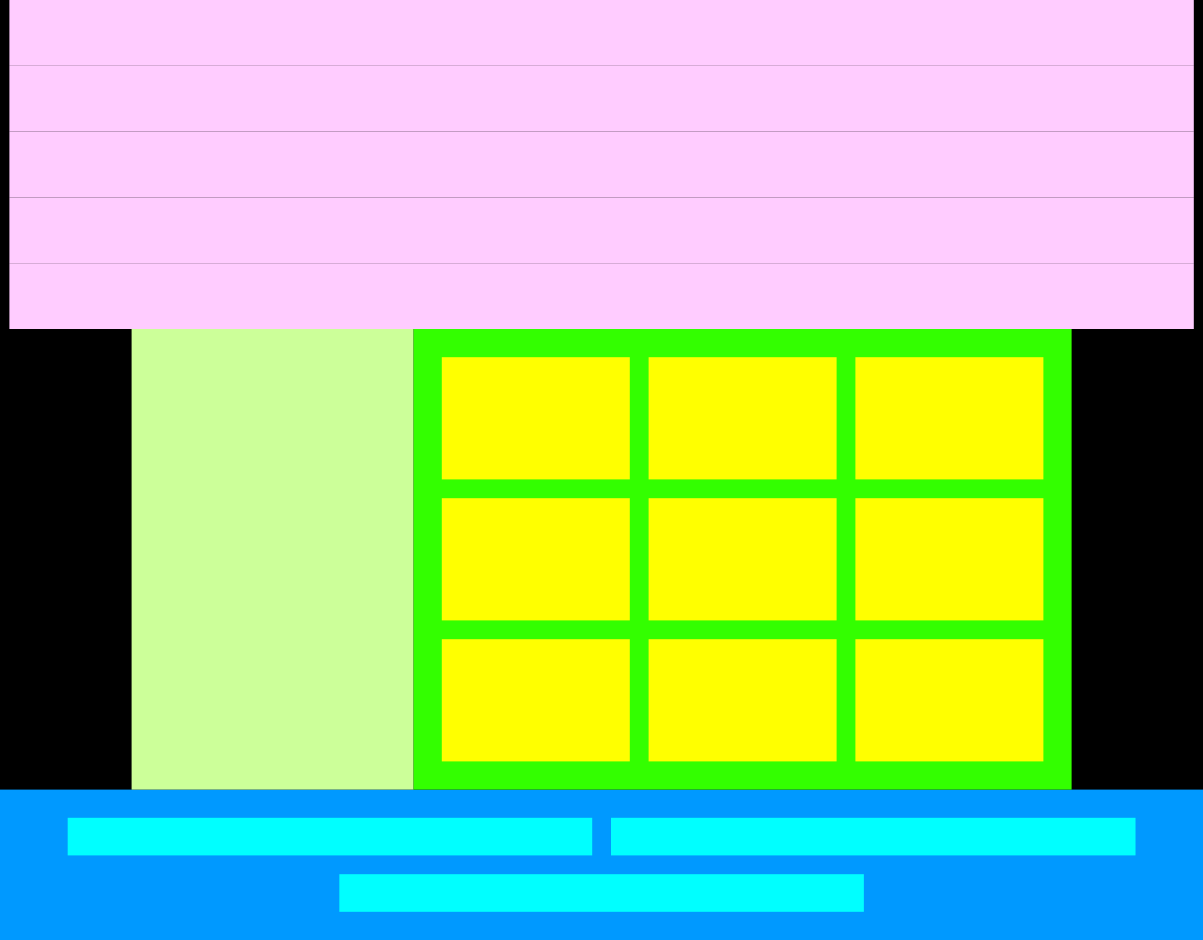
Repository: hayase-m/Webcamp
Page: HTMLCSS/flex/flex.html
The author's editor kept a record of every edit. The page is drawn from the files as they stood at one moment, then again after the next edit.
The browser window is 1280 px wide. The pictures show the whole page, at 94% of full size.

Above is the page before.

### HTMLCSS/flex/flex.html
<!DOCTYPE html>
<html lang="ja">
  <head>
    <meta charset="UTF-8" />
    <link rel="stylesheet" href="style.css" />
    <title>flexbox</title>
  </head>
  <body>
    <header>
      <div class="header-box"></div>
      <div class="header-box"></div>
      <div class="header-box"></div>
      <div class="header-box"></div>
      <div class="header-box"></div>
    </header>

    <main>
      <div class="left-bar"></div>

      <div class="right-bar">
        <div class="main-box"></div>
        <div class="main-box"></div>
        <div class="main-box"></div>
        <div class="main-box"></div>
        <div class="main-box"></div>
        <div class="main-box"></div>
        <div class="main-box"></div>
        <div class="main-box"></div>
        <div class="main-box"></div>
      </div>

    </main>

    <footer>
      <div class="footer-box"></div>
      <div class="footer-box"></div>
      <div class="footer-box"></div>
    </footer>
  </body>
</html>

### HTMLCSS/flex/style.css
* {
  margin: 0;
  padding: 0;
  box-sizing: border-box;
  background-color: black;
}

header {
  width: 100%;
}

.box-content {
  padding: 30px 20px;
  display: flex;
  justify-content: flex-end;
  background-color: #ff00cc;
}

.header-box {
  margin: 0 10px;
  flex-basis: 140px;
  height: 70px;
  background-color: #ffccff;
}

.box-content > :first-child {
  margin-right: auto;
}

 main {
   /*width: 1000px;*/
   /*height: 1000px;*/
   display: flex;
   justify-content: center;
 }

 .left-bar {
  width: 300px;
  background-color: #ccff99;
 }

 .right-bar {
   flex-grow: 1;
   max-width: 700px;
   padding: 20px;
   background-color: #3F0;
   display: flex;
   justify-content: center;
   flex-wrap: wrap;
 }

 .main-box {
  background-color: #FF0;
  margin: 10px;
  flex-basis: 200px;
  height: 130px;
 }

 footer {
   background-color: #09F;
   width: 100%;
   padding: 20px;
   display: flex;
   justify-content: center;
   flex-wrap: wrap;
 }

 .footer-box {
   background-color: #0FF;
   flex-basis: 45%;
   max-width: 600px;
   height: 40px;
   margin: 10px;
 }

After the next edit:
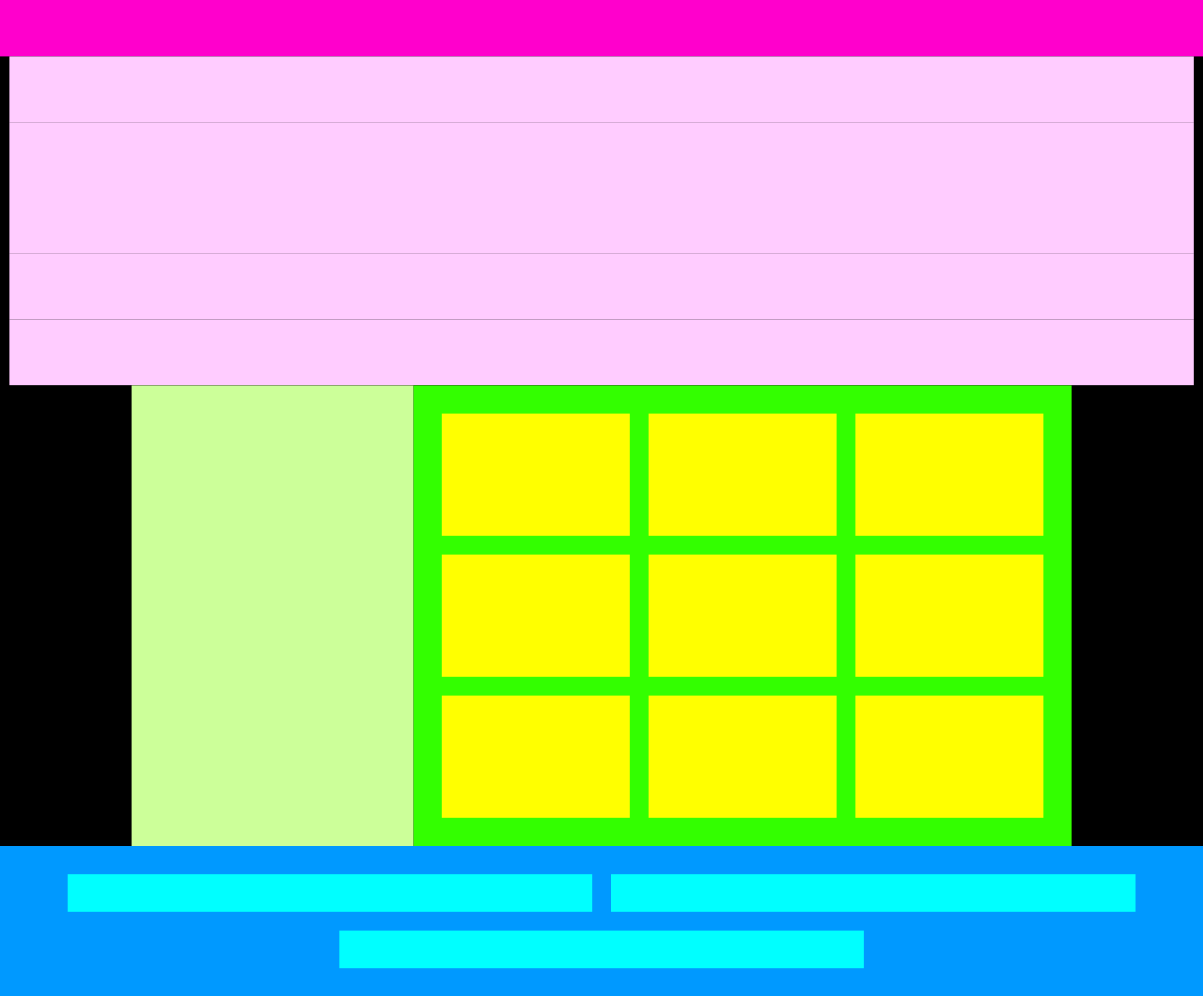
The edit:
--- a/HTMLCSS/flex/flex.html
+++ b/HTMLCSS/flex/flex.html
@@ -7,6 +7,9 @@
   </head>
   <body>
     <header>
+      <div class="box-content">
+
+      </div>
       <div class="header-box"></div>
       <div class="header-box"></div>
       <div class="header-box"></div>
